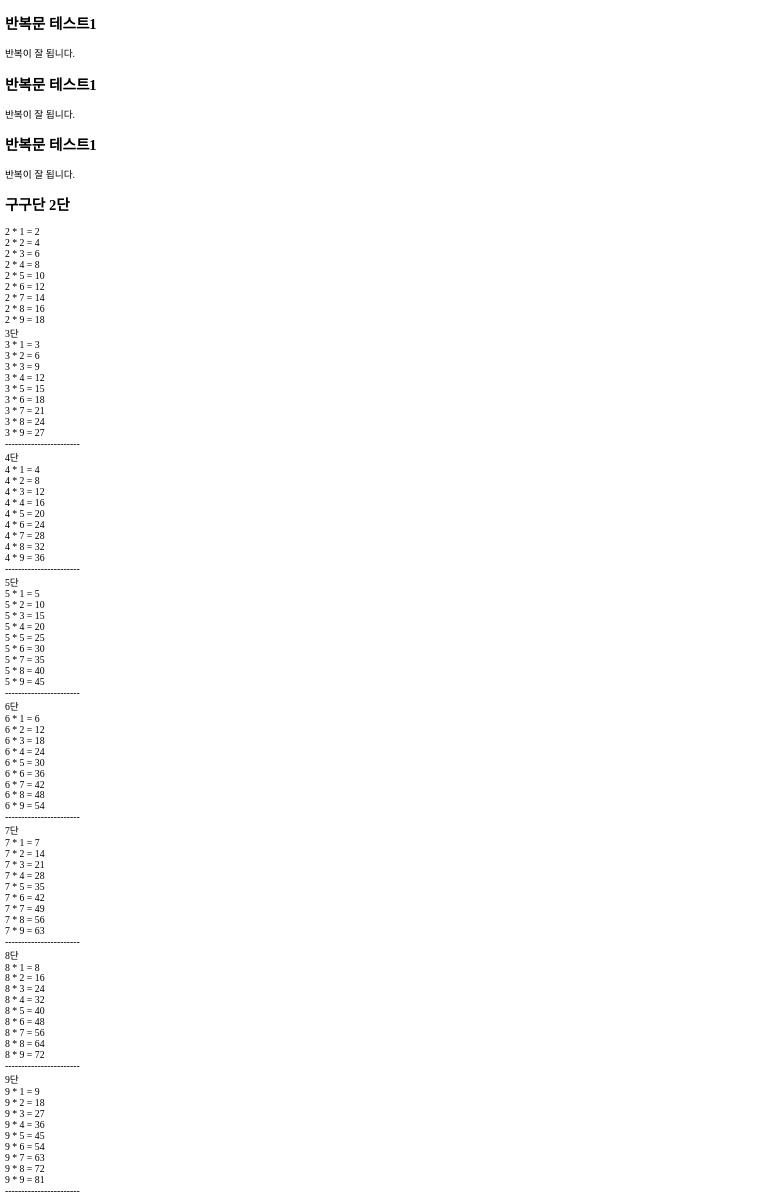
Repository: eun-chongzzz/jsp_practice
Page: http://localhost/JSPBasic/jspTag/Scriptlet.jsp
The author's editor kept a copy of each file at every save. The page is drawn from the files as they stood at one save, then again after the next save.
The browser window is 1280 px wide. The pictures show the whole page, at 61% of full size.
The page is served by Tomcat 9.

Above is the page before, as saved 2022-01-28 02:58:08.

After the next save:
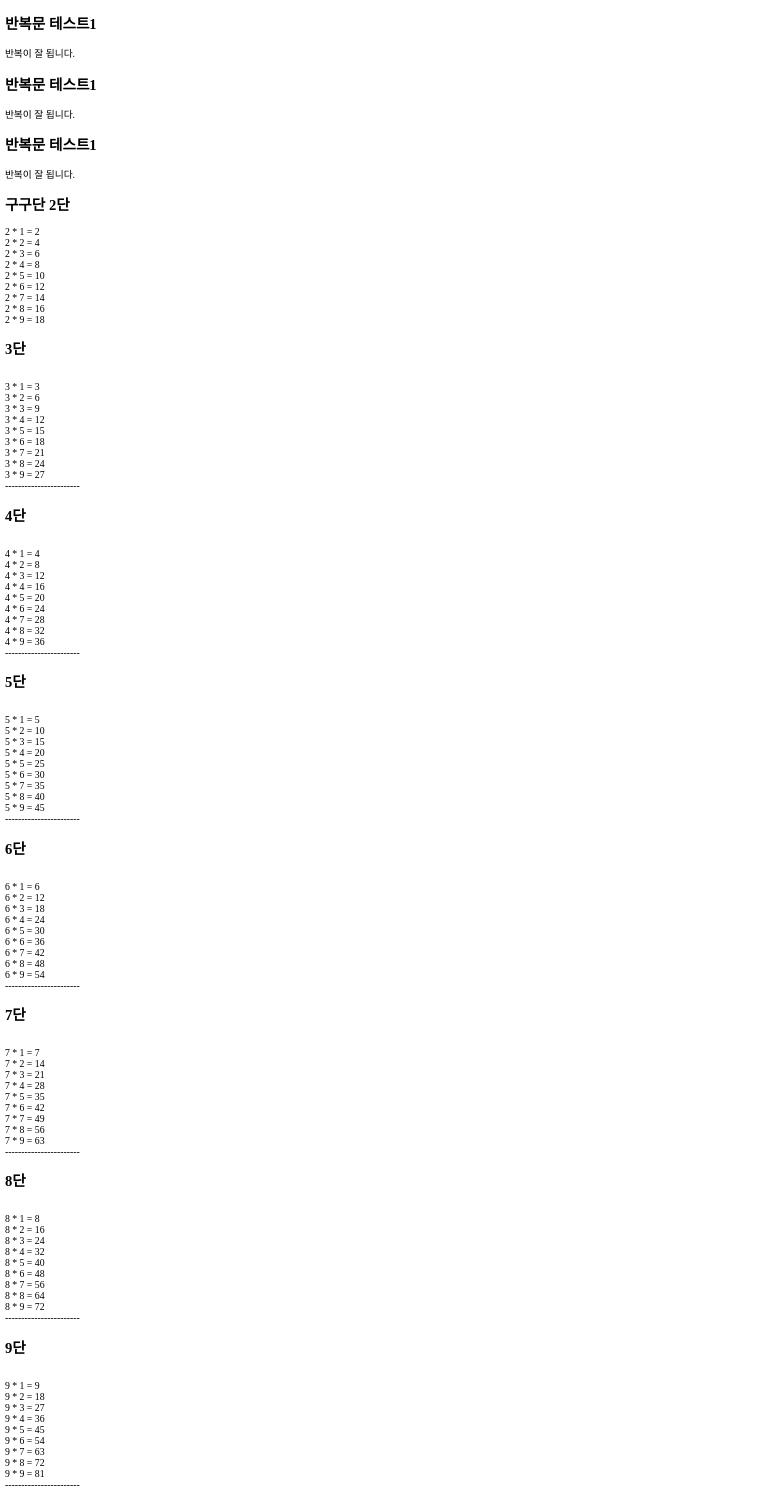
Saved 48 s later.
--- a/JSPBasic/src/main/webapp/jspTag/Scriptlet.jsp
+++ b/JSPBasic/src/main/webapp/jspTag/Scriptlet.jsp
@@ -31,7 +31,7 @@
 	<!-- 2단 되신분들은 3단부터 나머지도 다 출력해주세요. -->
 	<%
 	for (int i = 3; i < 10; i++){
-			out.println(i + "단" + "<br/>");
+			out.println("<h2>"+ i + "단" + "</h2>" + "<br/>");
 		for(int j = 1; j < 10; j++){
 			out.println(i + " * " + j + " = " + i * j + "<br/>");
 		} out.println("----------------------- <br/>" );
